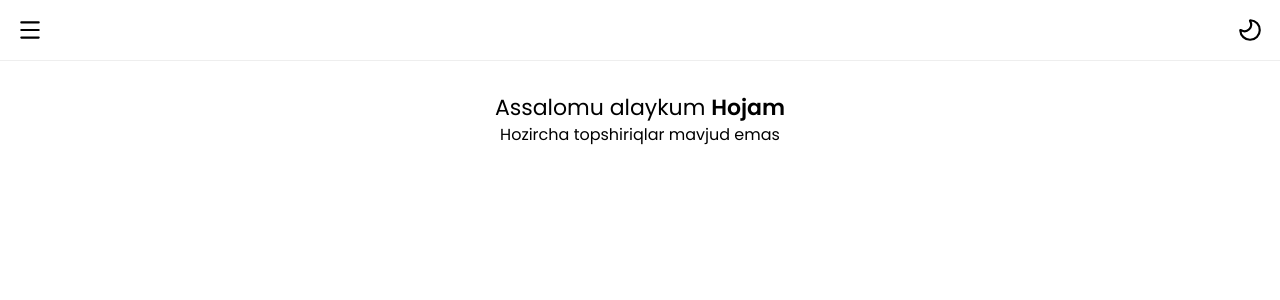
Repository: zaynobiddinovofficel-debug/KotibaAI
Page: / (app in web/)
An editor plug-in stored every save of this project. The page is shown before and after a run of saves, followed by the edit.
The browser window is 1280 px wide. The pictures show the whole page.
Some web fonts or font styles are not loaded; a fallback is used. The project was rebuilt for these pictures with package versions that can differ from the ones it lists, and the page was loaded fresh each time. Also part of the build but not shown: web/vite.config.js.

Above is the page before, as saved 2026-03-25 20:19:14.

### web/index.html
<!doctype html>
<html lang="en">
  <head>
    <meta charset="UTF-8" />
    <link rel="icon" type="image/svg+xml" href="/vite.svg" />
    <meta name="viewport" content="width=device-width, initial-scale=1.0" />
    <title>web</title>
    <link rel="preconnect" href="https://fonts.googleapis.com">
    <link rel="preconnect" href="https://fonts.gstatic.com" crossorigin>
    <link href="https://fonts.googleapis.com/css2?family=Barlow+Semi+Condensed:ital,wght@0,100;0,200;0,300;0,400;0,500;0,600;0,700;0,800;0,900;1,100;1,200;1,300;1,400;1,500;1,600;1,700;1,800;1,900&family=Big+Shoulders:opsz,wght@10..72,100..900&family=Chewy&family=Inter:ital,opsz,wght@0,14..32,100..900;1,14..32,100..900&family=Lexend+Deca:wght@100..900&family=Poppins:ital,wght@0,100;0,200;0,300;0,400;0,500;0,600;0,700;0,800;0,900;1,100;1,200;1,300;1,400;1,500;1,600;1,700;1,800;1,900&family=Roboto+Condensed:ital,wght@0,100..900;1,100..900&display=swap" rel="stylesheet">
  </head>
  <body class="font-[Poppins]">
    <div id="root"></div>
    <script type="module" src="/src/main.jsx"></script>
  </body>
</html>

### web/src/App.jsx
import { Button } from "@/components/ui/button"
import { MenuIcon, MoonIcon } from "lucide-react"
import React from "react"
export default function App() {
  const [tasks,setTasks] = React.useState(localStorage.getItem("tasks"));
  const [username,setUsername] = React.useState(localStorage.getItem("username"));
  return (
    <>
    <div className="px-3 py-3 max-w-[1280px] w-full border-b border-b-[#eee] flex justify-between">
      <Button className={`w-[36px]`} variant={'ghost'}>
        <MenuIcon className="size-6.5" />
      </Button>
      <Button className={`w-[36px]`} variant={'ghost'}>
        <MoonIcon className="size-6.5 rotate-270" />
      </Button>
    </div>
    {tasks??
    <div className="px-3 py-3 max-w-[1280px] w-full flex flex-col items-center my-6 text-center gap-2">
    <span className="text-[22px] leading-none">Assalomu alaykum <b className="font-[550]">
      {username==null?"Hojam":username}
    </b></span>
    <span className="leading-none ">Hozircha topshiriqlar mavjud emas</span>
    </div>}
    <div className="px-3 py-3 max-w-[1280px] w-full flex justify-center">

    </div>
    </>
  )
}

### web/src/components/ui/button.jsx
import * as React from "react"
import { Slot } from "@radix-ui/react-slot"
import { cva } from "class-variance-authority"

import { cn } from "@/lib/utils"

const buttonVariants = cva(
  "inline-flex items-center justify-center gap-2 whitespace-nowrap rounded-md text-sm font-medium transition-[color,box-shadow,transform] !duration-0 disabled:pointer-events-none disabled:opacity-50 [&_svg]:pointer-events-none [&_svg:not([class*='size-'])]:size-4 shrink-0 [&_svg]:shrink-0 outline-none focus-visible:border-ring focus-visible:ring-ring/50 focus-visible:ring-[3px] aria-invalid:ring-destructive/20 dark:aria-invalid:ring-destructive/40 aria-invalid:border-destructive active:scale-[0.98]",
  {
    variants: {
      variant: {
        default:
          "bg-primary text-primary-foreground shadow-xs hover:bg-primary/90",
        destructive:
          "bg-destructive text-white shadow-xs hover:bg-destructive/90 focus-visible:ring-destructive/20",
        outline:
          "border bg-background shadow-xs hover:bg-accent hover:text-accent-foreground",
        secondary:
          "bg-secondary text-secondary-foreground shadow-xs hover:bg-secondary/80",
        ghost: "hover:bg-accent hover:text-accent-foreground",
        link: "text-primary underline-offset-4 hover:underline",
      },
      size: {
        default: "h-9 px-4 py-2",
        sm: "h-8 rounded-md gap-1.5 px-3",
        lg: "h-10 rounded-md px-6",
        icon: "size-9",
      },
    },
    defaultVariants: {
      variant: "default",
      size: "default",
    },
  }
)

function Button({ className, variant, size, asChild = false, ...props }) {
  const Comp = asChild ? Slot : "button"

  return (
    <Comp
      data-slot="button"
      className={cn(buttonVariants({ variant, size, className }))}
      {...props}
    />
  )
}

export { Button, buttonVariants }

Loaded but not shown: web/src/main.jsx (common file); web/src/index.css (common file); web/src/lib/utils.js (common file)

After the next 2 saves:
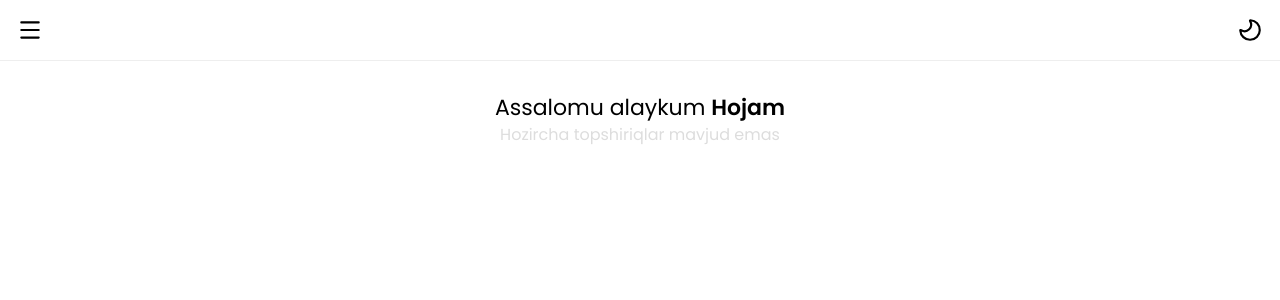
The 2 saves are shown as one change because they came seconds apart.
The last was saved 6 s later.
--- a/web/src/App.jsx
+++ b/web/src/App.jsx
@@ -19,7 +19,7 @@ export default function App() {
     <span className="text-[22px] leading-none">Assalomu alaykum <b className="font-[550]">
       {username==null?"Hojam":username}
     </b></span>
-    <span className="leading-none ">Hozircha topshiriqlar mavjud emas</span>
+    <span className="leading-none text-[#ddd]">Hozircha topshiriqlar mavjud emas</span>
     </div>}
     <div className="px-3 py-3 max-w-[1280px] w-full flex justify-center">
 
